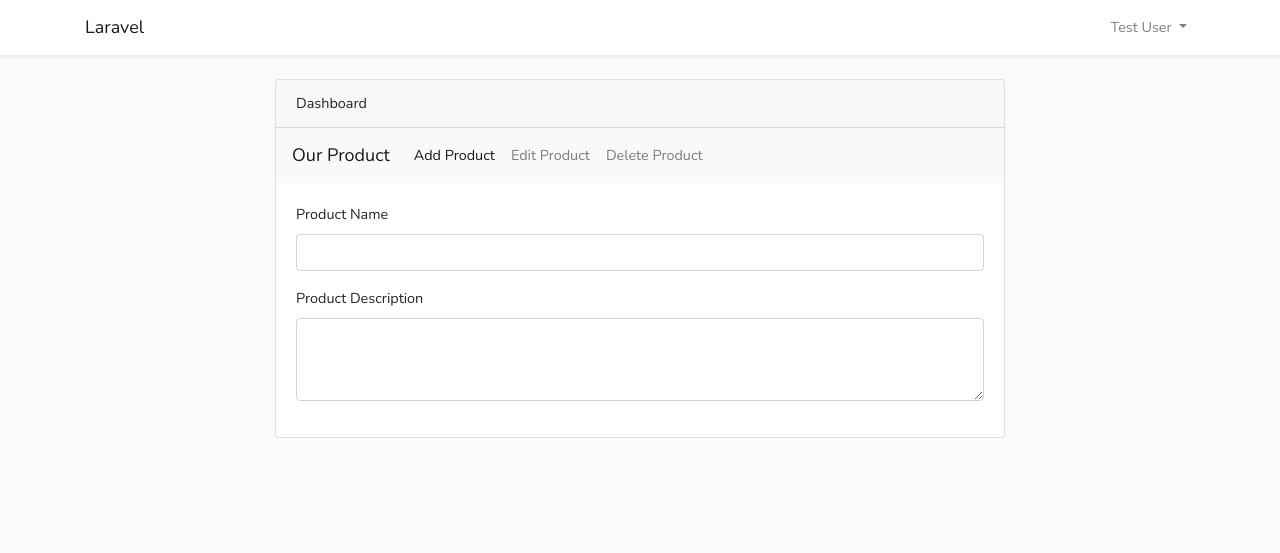
Repository: Fateen980/Tawfiq
Page: http://localhost/addProduct
An editor plug-in stored every save of this project. The page is shown before and after the next save, followed by the edit.
The browser window is 1280 px wide. The pictures show the whole page.
The page is served by the project's Laravel application, run on PHP 8.4 with Laravel 8. A made-up administrator, Test User (test@example.com), is signed in. Other server files are loaded and not shown.

Above is the page before, as saved 2020-09-17 08:17:38.

### routes/web.php
<?php

use Illuminate\Support\Facades\Route;

/*
|--------------------------------------------------------------------------
| Web Routes
|--------------------------------------------------------------------------
|
| Here is where you can register web routes for your application. These
| routes are loaded by the RouteServiceProvider within a group which
| contains the "web" middleware group. Now create something great!
|
*/

Route::get('/', function () {
    return view('welcome');
});




Auth::routes();

Route::get('/home', 'HomeController@index')->name('home');

Auth::routes();

Route::get('/addProduct', 'HomeController@addProduct')->name('addProduct');


Auth::routes();

Route::get('/editProduct', 'HomeController@editProduct')->name('editProduct');

Auth::routes();

Route::get('/deleteProduct', 'HomeController@deleteProduct')->name('deleteProduct');

### app/Http/Controllers/HomeController.php
<?php

namespace App\Http\Controllers;

use Illuminate\Http\Request;

class HomeController extends Controller
{
    /**
     * Create a new controller instance.
     *
     * @return void
     */
    public function __construct()
    {
        $this->middleware('auth');
    }

    /**
     * Show the application dashboard.
     *
     * @return \Illuminate\Contracts\Support\Renderable
     */
    public function index()
    {
        return view('home');
    }

    public function addProduct(){

        return view('addProduct');

    }


    public function editProduct(){

        return view('editProduct');

    }

    public function deleteProduct(){

        return view('deleteProduct');

    }


}

### resources/views/addProduct.blade.php
@extends('layouts.app')

@section('content')
<div class="container">
    <div class="row justify-content-center">
        <div class="col-md-8">
            <div class="card">
                <div class="card-header">{{ __('Dashboard') }}</div>


<nav class="navbar navbar-expand-lg navbar-light bg-light">
  <a class="navbar-brand" href="{{ url('/home') }}">Our Product</a>
  <button class="navbar-toggler" type="button" data-toggle="collapse" data-target="#navbarNav" aria-controls="navbarNav" aria-expanded="false" aria-label="Toggle navigation">
    <span class="navbar-toggler-icon"></span>
  </button>
  <div class="collapse navbar-collapse" id="navbarNav">
    <ul class="navbar-nav">
      <li class="nav-item active">
        <a class="nav-link" href="{{ url('/addProduct') }}">Add Product <span class="sr-only">(current)</span></a>
      </li>
      <li class="nav-item">
        <a class="nav-link" href="{{ url('/editProduct') }}">Edit Product</a>
      </li>
      <li class="nav-item">
        <a class="nav-link" href="{{ url('/deleteProduct') }}">Delete Product</a>
      </li>
    </ul>
  </div>
</nav>



                <div class="card-body">
                    @if (session('status'))
                        <div class="alert alert-success" role="alert">
                            {{ session('status') }}
                        </div>
                    @endif


  <form>
  <div class="form-group">
    <label for="productName">Product Name</label>
    <input type="productName" class="form-control" id="productName" >
  </div>


  <div class="form-group">
    <label for="productDesc">Product Description</label>
    <textarea name="productDesc" class="form-control" id="productDesc" rows="3"></textarea>
  </div>
</form>



                </div>
            </div>
        </div>
    </div>
</div>
@endsection

### resources/views/layouts/app.blade.php
<!doctype html>
<html lang="{{ str_replace('_', '-', app()->getLocale()) }}">
<head>
    <meta charset="utf-8">
    <meta name="viewport" content="width=device-width, initial-scale=1">

    <!-- CSRF Token -->
    <meta name="csrf-token" content="{{ csrf_token() }}">

    <title>{{ config('app.name', 'Product') }}</title>

    <!-- Scripts -->
    <script src="{{ asset('js/app.js') }}" defer></script>

    <!-- Fonts -->
    <link rel="dns-prefetch" href="//fonts.gstatic.com">
    <link href="https://fonts.googleapis.com/css?family=Nunito" rel="stylesheet">

    <!-- Styles -->
    <link href="{{ asset('css/app.css') }}" rel="stylesheet">
</head>
<body>
    <div id="app">
        <nav class="navbar navbar-expand-md navbar-light bg-white shadow-sm">
            <div class="container">
                <a class="navbar-brand" href="{{ url('/') }}">
                    {{ config('app.name', 'Product') }}
                </a>
                <button class="navbar-toggler" type="button" data-toggle="collapse" data-target="#navbarSupportedContent" aria-controls="navbarSupportedContent" aria-expanded="false" aria-label="{{ __('Toggle navigation') }}">
                    <span class="navbar-toggler-icon"></span>
                </button>

                <div class="collapse navbar-collapse" id="navbarSupportedContent">
                    <!-- Left Side Of Navbar -->
                    <ul class="navbar-nav mr-auto">

                    </ul>

                    <!-- Right Side Of Navbar -->
                    <ul class="navbar-nav ml-auto">
                        <!-- Authentication Links -->
                        @guest
                            <li class="nav-item">
                                <a class="nav-link" href="{{ route('login') }}">{{ __('Login') }}</a>
                            </li>
                            @if (Route::has('register'))
                                <li class="nav-item">
                                    <a class="nav-link" href="{{ route('register') }}">{{ __('Register') }}</a>
                                </li>
                            @endif
                        @else
                            <li class="nav-item dropdown">
                                <a id="navbarDropdown" class="nav-link dropdown-toggle" href="#" role="button" data-toggle="dropdown" aria-haspopup="true" aria-expanded="false" v-pre>
                                    {{ Auth::user()->name }}
                                </a>

                                <div class="dropdown-menu dropdown-menu-right" aria-labelledby="navbarDropdown">
                                    <a class="dropdown-item" href="{{ route('logout') }}"
                                       onclick="event.preventDefault();
                                                     document.getElementById('logout-form').submit();">
                                        {{ __('Logout') }}
                                    </a>

                                    <form id="logout-form" action="{{ route('logout') }}" method="POST" class="d-none">
                                        @csrf
                                    </form>
                                </div>
                            </li>
                        @endguest
                    </ul>
                </div>
            </div>
        </nav>

        <main class="py-4">
            @yield('content')
        </main>
    </div>
</body>
</html>

Loaded but not shown: app/Http/Controllers/Auth/LoginController.php (common file); app/Http/Controllers/Controller.php (common file); app/Http/Controllers/Auth/ConfirmPasswordController.php (common file); app/User.php (common file); public/css/app.css (library)

After the next save:
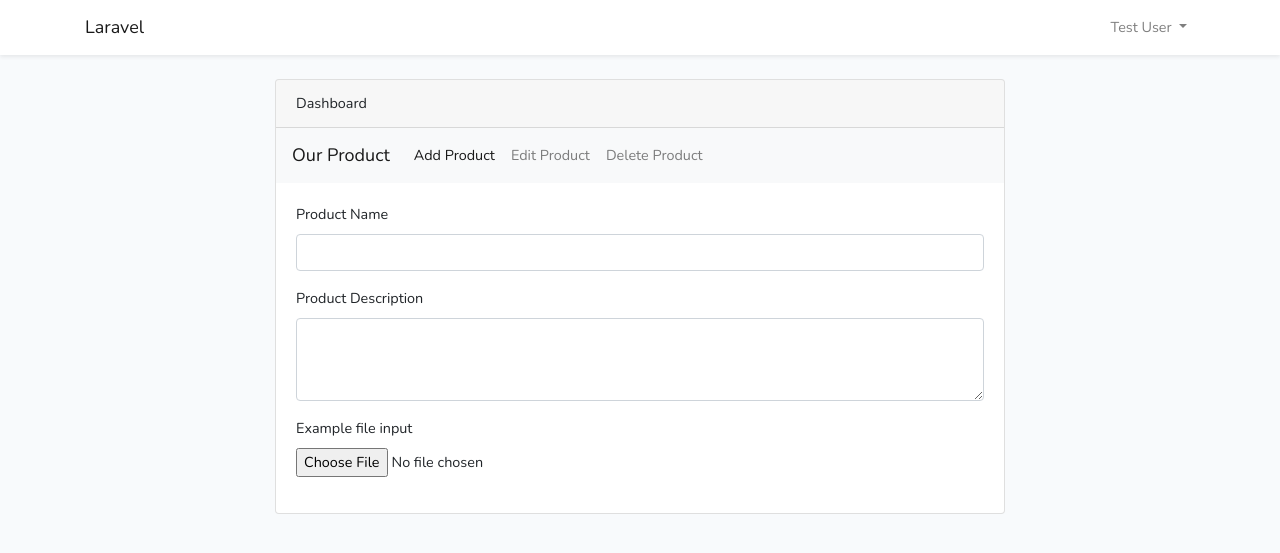
Saved 25 s later.
--- a/resources/views/addProduct.blade.php
+++ b/resources/views/addProduct.blade.php
@@ -49,6 +49,14 @@
     <label for="productDesc">Product Description</label>
     <textarea name="productDesc" class="form-control" id="productDesc" rows="3"></textarea>
   </div>
+
+
+  <div class="form-group">
+    <label for="exampleFormControlFile1">Example file input</label>
+    <input type="file" class="form-control-file" id="exampleFormControlFile1">
+  </div>
+
+
 </form>
 
 
